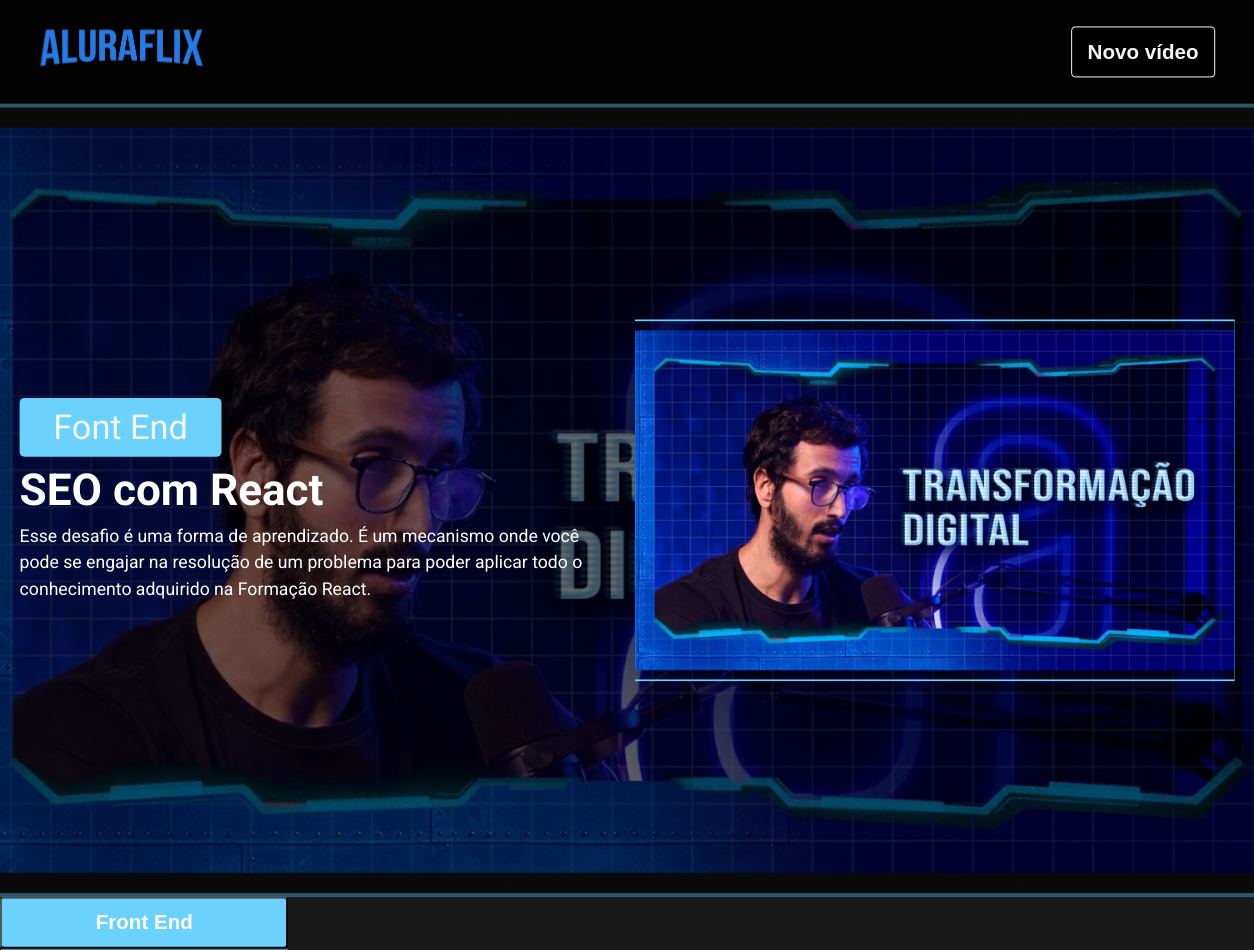
Repository: CarlosEduardoVdeOliveira/aluraflix
Page: /
These files come from the project's save history. The page is drawn as it stood at one moment and after the next save; the edit follows.
The browser window is 1280 px wide. The pictures show the part of the page from y = 0 to 969 px (the page is 2903 px tall), at 98% of full size.
Pictures or frames that could not be fetched are drawn as grey boxes. The project was rebuilt for these pictures with package versions that can differ from the ones it lists, and the page was loaded fresh each time. Also part of the build but not shown: vite.config.js, src/components/Input/Input.module.css, src/components/Input/index.jsx, src/components/TextArea/TextArea.module.css, src/components/TextArea/index.jsx, src/pages/RegisterVideo/Register.module.css, src/pages/RegisterVideo/index.jsx, src/components/Table/Table.module.css and 3 more.

Above is the page before, as saved 2023-09-26 10:07:09.

### index.html
<!doctype html>
<html lang="en">
  <head>
    <meta charset="UTF-8" />
    <link rel="preconnect" href="https://fonts.googleapis.com">
    <link rel="preconnect" href="https://fonts.gstatic.com" crossorigin>
    <!-- <link rel="icon" type="image/svg+xml" href="/vite.svg" /> -->
    <meta name="viewport" content="width=device-width, initial-scale=1.0" />
    <link href="https://fonts.googleapis.com/css2?family=Roboto:wght@300;400;500;700&display=swap" rel="stylesheet">
    <title>AluraFlix</title>
  </head>
  <body>
    <div id="root"></div>
    <script type="module" src="/src/main.jsx"></script>
  </body>
</html>

### src/main.jsx
import React from 'react'
import ReactDOM from 'react-dom/client'
import {AppRoutes} from './routes'
import './index.css'
import { ThemeProvider } from '@emotion/react'
import { theme } from './customColors'

ReactDOM.createRoot(document.getElementById('root')).render(
  <React.StrictMode>
    <ThemeProvider theme={theme}>
      <AppRoutes />
    </ThemeProvider>
  </React.StrictMode>,
)

### src/routes.jsx
import { BrowserRouter, Route, Routes } from 'react-router-dom'
import {PageBase} from './pages/pageBase'
import {Home} from './pages/Home'
import { ThemeProvider } from '@mui/material'
import { theme } from './customColors'
import {RegisterVideo} from './pages/RegisterVideo'
import {RegisterCategory} from './pages/RegisterCategory'


export const AppRoutes = () => {
  return (
    <BrowserRouter>
      <ThemeProvider theme={theme}>
        <Routes>
          <Route path='/' element={<PageBase />}>
            <Route index element={<Home />}></Route>
            <Route path='register-video' element={<RegisterVideo />}></Route>
            <Route path='register-category' element={<RegisterCategory />}></Route>
          </Route>
        </Routes>
      </ThemeProvider>
    </BrowserRouter>
  )
}

### src/index.css
:root {
  --gray-100: #F5F5F5;
  --gray-150: #E5E5E5;
  --gray-175: #C2C2C2;
  --gray-300: #9E9E9E;
  --gray-500: #191919;
  --black: #000;
  --blue-500: #2A7AE4;
  --red-500: #E53935;
  font-family: 'Roboto', sans-serif;
  line-height: 1.5;
  font-weight: 400;
  font-size: 1rem;
  font-synthesis: none;
  text-rendering: optimizeLegibility;
  -webkit-font-smoothing: antialiased;
  -moz-osx-font-smoothing: grayscale;
  -webkit-text-size-adjust: 100%;
}
*{
  box-sizing: border-box;
  margin: 0;
  padding: 0;
  scroll-behavior: smooth;
}
body{
  background-color: var(--gray-500);
}
a {
  text-decoration: none;
  transiton: .5s all ease-out;
}

button{
  cusor: pointer;
  transiton: .5s all ease-out;
}

@media screen and (max-width: 1080px){
  body{
    font-size: 87.5%;
  }
}
@media screen and (max-width: 700px){
  body{
    font-size: 75%;
  }
}

### src/customColors.js
import { createTheme } from '@mui/material/styles';

export const theme = createTheme({
  palette: {
    withe: "#FFFFFF",
    gray100: "#F5F5F5",
    gray150: "#E5E5E5",
    gray175: "#C2C2C2",
    gray300: "#9E9E9E",
    gray500: "#191919",
    black: "#000000",
    blue500: "#2A7AE4",
    red500: "#E53935",
  },
});

### src/pages/pageBase/index.jsx
import { Banner } from '../../components/Banner';
import {Footer} from '../../components/Footer';
import {Header} from '../../components/Header'
import { Outlet } from "react-router-dom";
import { useLocation } from 'react-router-dom';


export const PageBase = () => {
  const location = useLocation()
  return (
    <main>
      <Header button={location.pathname === '/'} />
      <Banner banner={location.pathname === '/'} />
      <Outlet />
      <Footer />
    </main>
  )
}

### src/pages/Home/index.jsx
import {Category} from "../../components/Category";

// eslint-disable-next-line react/prop-types
export const Home = () => {

  return (
    <>
      {
        <Category />
      }
    </>
  )
}

### src/components/Banner/index.jsx
/* eslint-disable react/prop-types */
import styles from './Banner.module.css'
import bannerImage from '../../../public/banner.png'
import {TitleCategory} from '../TitleCategory';

export const Banner = ({banner}) => {
  return(
    <>
      {
        banner && (
        <div className={styles.container}>
          <div className={styles.content}>
            <TitleCategory
              bgColor="#6BD1FF"
              color="#f5f5f5"
            >
              Font End
            </TitleCategory>
            <h5 >
              SEO com React
            </h5>
            <p>
              Esse desafio é uma forma de aprendizado.
              É um mecanismo onde você pode se engajar na resolução de um problema
              para poder aplicar todo o conhecimento adquirido na Formação React.
            </p>
          </div>
          <img src={bannerImage} alt='Imagem do SEO da alura, '/>
        </div>
        )
      }
    </>
  );
}

### src/components/Footer/index.jsx
import { Link } from 'react-router-dom'
import logo from '../../assets/logo.png'
import styles from './Footer.module.css'
export const Footer = () => {
  return (
    <footer className={styles.container}>
      <Link to='/'>
        <img src={logo} alt="Logo do aluraflix" />
      </Link>
    </footer>
  )
}

### src/components/Header/index.jsx
/* eslint-disable react/prop-types */
// eslint-disable-next-line no-unused-vars
import React from 'react';
import logo from '../../assets/logo.png'
import styles from './Header.module.css'
import { Link } from 'react-router-dom';
import {Button} from '../Button';


export const Header = ({button}) => {

  return (
    <header className={styles.container}>
      <Link to="/">
        <img src={logo} alt='Logo do aluraflix' />
      </Link>
      {button &&
          <Link to="/register-video">
            <Button
              bgColor="#000"
              borderColor="1px solid #FFF"
              color="#F5f5f5"
            >
                  Novo vídeo
            </Button>
          </Link>
      }
    </header>
  )
}

### src/components/Category/index.jsx
import { Button } from "../Button";
import styles from "./Category.module.css";
import { videos, categories } from "../../json/db.json";
import Carousel from 'react-material-ui-carousel'
import { Card } from "../Card";

export const Category = () => {
  function verifyCategory(category){
    const vcat = videos.some(vc => vc.category === category)
    return vcat
  }
    console.log(verifyCategory("Front End"));
  return (
    <>
      {
        categories.map((category) => (
          <section className={styles.container} key={category.id}>
            <Button bgColor={category.color}>{category.name}</Button>
            <Carousel
             next={next => next +1 }

            >
              <div className={styles.videos}>
                {videos.map(
                  (video) =>
                    category.name === video.category && (
                      <Card
                        link={video.link}
                        key={video.id}
                        thumbnail={video.thumbnail}
                        borderColor={category.color}
                        description={video.description}
                      />
                    )
                )}
              </div>

            </Carousel>
          </section>
        ))
      }
    </>
  );
};

### src/components/Button/index.jsx
/* eslint-disable react/prop-types */
import styles from './Button.module.css'

export const Button = ({children, bgColor, borderColor, color}) => {
  return(
    <button className={styles.button}
      style={{
        background:bgColor,
        border:borderColor,
        color:color
      }}
    >
      {children}
    </button>
  )
}

### src/json/db.json
{
  "videos":[
  {
    "id": 1,
    "name": "Homem-Aranha - Sem Volta Para Casa",
    "link": "https://www.youtube.com/watch?v=k77WZrvuDQU&ab_channel=Alura",
    "thumbnail": "https://i.ytimg.com/vi/k77WZrvuDQU/sddefault.jpg",
    "category": "Front End",
    "description": "Descrição qualquer"
  },
  {
    "id": 2,
    "name": "Homem-Aranha - Sem Volta Para Casa",
    "link": "https://www.youtube.com/watch?v=k77WZrvuDQU&ab_channel=Alura",
    "thumbnail": "https://i.ytimg.com/vi/CyiiEJRZjSU/maxresdefault.jpg",
    "category": "Front End",
    "description": "Descrição qualquer"
  },
  {
    "id": 3,
    "name": "Homem-Aranha - Sem Volta Para Casa",
    "link": "https://www.youtube.com/watch?v=hHM-hr9q4mo&ab_channel=Rocketseat",
    "thumbnail": "https://i.ytimg.com/vi/hHM-hr9q4mo/maxresdefault.jpg",
    "category": "Front End",
    "description": "Descrição qualquer"
  },
  {
    "id": 4,
    "name": "Homem-Aranha - Sem Volta Para Casa",
    "link": "https://www.youtube.com/watch?v=hHM-hr9q4mo&ab_channel=Rocketseat",
    "thumbnail": "https://i.ytimg.com/vi/hHM-hr9q4mo/maxresdefault.jpg",
    "category": "Back End",
    "description": "Descrição qualquer"
  },
  {
    "id": 5,
    "name": "Homem-Aranha - Sem Volta Para Casa",
    "link": "https://www.youtube.com/watch?v=hHM-hr9q4mo&ab_channel=Rocketseat",
    "thumbnail": "https://i.ytimg.com/vi/hHM-hr9q4mo/maxresdefault.jpg",
    "category": "Back End",
    "description": "Descrição qualquer"
  },
  {
    "id": 6,
    "name": "Homem-Aranha - Sem Volta Para Casa",
    "link": "https://www.youtube.com/watch?v=hHM-hr9q4mo&ab_channel=Rocketseat",
    "thumbnail": "https://i.ytimg.com/vi/hHM-hr9q4mo/maxresdefault.jpg",
    "category": "Back End",
    "description": "Descrição qualquer"
  },
  {
    "id": 7,
    "name": "Homem-Aranha - Sem Volta Para Casa",
    "link": "https://www.youtube.com/watch?v=MGIs7DSQ-0A&ab_channel=Alura",
    "thumbnail": "https://i.ytimg.com/vi/MGIs7DSQ-0A/maxresdefault.jpg",
    "category": "Mobile",
    "description": "Descrição qualquer"
  },
  {
    "id": 8,
    "name": "Homem-Aranha - Sem Volta Para Casa",
    "link": "https://www.youtube.com/watch?v=MGIs7DSQ-0A&ab_channel=Alura",
    "thumbnail": "https://i.ytimg.com/vi/MGIs7DSQ-0A/maxresdefault.jpg",
    "category": "Mobile",
    "description": "Descrição qualquer"
  },
  {
    "id": 9,
    "name": "Homem-Aranha - Sem Volta Para Casa",
    "link": "https://www.youtube.com/watch?v=MGIs7DSQ-0A&ab_channel=Alura",
    "thumbnail": "https://i.ytimg.com/vi/MGIs7DSQ-0A/maxresdefault.jpg",
    "category": "Mobile",
    "description": "Descrição qualquer"
  },
  {
    "id": 10,
    "name": "Homem-Aranha - Sem Volta Para Casa",
    "link": "https://www.youtube.com/watch?v=CyiiEJRZjSU",
    "thumbnail": "https://i.ytimg.com/vi/CyiiEJRZjSU/maxresdefault.jpg",
    "category": "Data Science",
    "description": "Descrição qualquer"
  },
  {
    "id": 11,
    "name": "Homem-Aranha - Sem Volta Para Casa",
    "link": "https://www.youtube.com/watch?v=CyiiEJRZjSU",
    "thumbnail": "https://i.ytimg.com/vi/CyiiEJRZjSU/maxresdefault.jpg",
    "category": "Data Science",
    "description": "Descrição qualquer"
  },
  {
    "id": 12,
    "name": "Homem-Aranha - Sem Volta Para Casa",
    "link": "https://www.youtube.com/watch?v=CyiiEJRZjSU",
    "thumbnail": "https://i.ytimg.com/vi/CyiiEJRZjSU/maxresdefault.jpg",
    "category": "Data Science",
    "description": "Descrição qualquer"
  },
  {
    "id": 13,
    "name": "Homem-Aranha - Sem Volta Para Casa",
    "link": "https://www.youtube.com/watch?v=CyiiEJRZjSU",
    "thumbnail": "https://i.ytimg.com/vi/CyiiEJRZjSU/maxresdefault.jpg",
    "category": "UX",
    "description": "Descrição qualquer"
  },
  {
    "id": 14,
    "name": "Homem-Aranha - Sem Volta Para Casa",
    "link": "https://www.youtube.com/watch?v=CyiiEJRZjSU",
    "thumbnail": "https://i.ytimg.com/vi/CyiiEJRZjSU/maxresdefault.jpg",
    "category": "UX",
    "description": "Descrição qualquer"
  },
  {
    "id": 15,
    "name": "Homem-Aranha - Sem Volta Para Casa",
    "link": "https://www.youtube.com/watch?v=CyiiEJRZjSU",
    "thumbnail": "https://i.ytimg.com/vi/CyiiEJRZjSU/maxresdefault.jpg",
    "category": "UX",
    "description": "Descrição qualquer"
  },
  {
    "id": 16,
    "name": "Homem-Aranha - Sem Volta Para Casa",
    "link": "https://www.youtube.com/watch?v=CyiiEJRZjSU",
    "thumbnail": "https://i.ytimg.com/vi/CyiiEJRZjSU/maxresdefault.jpg",
    "category": "Infra",
    "description": "Descrição qualquer"
  },
  {
    "id": 17,
    "name": "Homem-Aranha - Sem Volta Para Casa",
    "link": "https://www.youtube.com/watch?v=CyiiEJRZjSU",
    "thumbnail": "https://i.ytimg.com/vi/CyiiEJRZjSU/maxresdefault.jpg",
    "category": "Infra",
    "description": "Descrição qualquer"
  },
  {
    "id": 18,
    "name": "Homem-Aranha - Sem Volta Para Casa",
    "link": "https://www.youtube.com/watch?v=CyiiEJRZjSU",
    "thumbnail": "https://i.ytimg.com/vi/CyiiEJRZjSU/maxresdefault.jpg",
    "category": "Infra",
    "description": "Descrição qualquer"
  },
  {
    "id": 19,
    "name": "Homem-Aranha - Sem Volta Para Casa",
    "link": "https://www.youtube.com/watch?v=CyiiEJRZjSU",
    "thumbnail": "https://i.ytimg.com/vi/CyiiEJRZjSU/maxresdefault.jpg",
    "category": "Inovation",
    "description": "Descrição qualquer"
  },
  {
    "id": 20,
    "name": "Homem-Aranha - Sem Volta Para Casa",
    "link": "https://www.youtube.com/watch?v=CyiiEJRZjSU",
    "thumbnail": "https://i.ytimg.com/vi/CyiiEJRZjSU/maxresdefault.jpg",
    "category": "Inovation",
    "description": "Descrição qualquer"
  },
  {
    "id": 21,
    "name": "Homem-Aranha - Sem Volta Para Casa",
    "link": "https://www.youtube.com/watch?v=CyiiEJRZjSU",
    "thumbnail": "https://i.ytimg.com/vi/CyiiEJRZjSU/maxresdefault.jpg",
    "category": "Inovation",
    "description": "Descrição qualquer"
  },
  {
    "id": 22,
    "name": "Homem-Aranha - Sem Volta Para Casa",
    "link": "https://www.youtube.com/watch?v=CyiiEJRZjSU",
    "thumbnail": "https://i.ytimg.com/vi/CyiiEJRZjSU/maxresdefault.jpg",
    "category": "AI",
    "description": "Descrição qualquer"
  }
],
"categories":[
  {

    "id":1,
    "name":"Front End",
    "description": "Todos os vídeo da área de Front End juntarei nessa categoria para organizar os estudos que venho fazendo atualmente (FieldTextarea)",
    "color":"#6BD1FF"
  },
  {
    "id":2,
    "name":"Back End",
    "description": "Todos os vídeo que estou usando para estudar Back End ",
    "color":"#69953B"
  },
  {
    "id":3,
    "name":"Design & UX",
    "description": "Ferramentas e técnicas que estudo sobre UX e Design",
    "color":"#DC6EBE"
  },
  {
    "id":4,
    "name":"Infraestrutura" ,
    "description": "Tudo que estou aprendendo sobre Docker e muito mais",
    "color":"#9CD33B"
  },
  {
    "id":5,
    "name":"Marketing Digital",
    "description": "A forma de vender a monetizar minhas ideias",
    "color":"#6B5BE2"
  },
  {
    "id":6,
    "name":"Data Science",
    "description": "Coisas de R e Python que venho aprendendo",
    "color":"#9CD33B"
  },
  {
    "id":7,
    "name":"Inovação & Gestão",
    "description": "Como manter o time feliz e muito mais",
    "color":"#FF8C2A"
  },
  {
    "id":8,
    "name":"Mobile",
    "description": "Conteúdo que venho estudando sobre React Native e Flutter",
    "color":"#FFBA05"
  },
  {
    "id":9,
    "name":"AI",
    "description": "Conteúdo que venho estudando sobre React Native e Flutter",
    "color":"#B210C7"
  }
]
}

### src/components/Banner/Banner.module.css
.container{
  background: linear-gradient(rgba(0, 0, 0, 0.59), rgba(0, 0, 0, 0.59)),
  url(../../../public/banner.png) center / cover no-repeat;
  width: 100%;
  height: 50.563rem;
  display: grid;
  grid-template-columns: 1fr 1fr;
  align-items: center;
  gap: 1rem;
  padding: 20px;
}
.container img{
  width: 100%;
  flex-shrink: 0;
}
.content{
  color: #FFF;
}
.content h5{
  font-size: 2.813rem;
}
.content p{
  font-size: 1.125rem;
}

### src/components/TitleCategory/index.jsx
import styles from "./TitleCategory.module.css"
// eslint-disable-next-line react/prop-types
export const TitleCategory = ({children, bgColor, color}) => {
  return(
    <div
      className={styles.container}
      style={{
        backgroundColor: bgColor,
        color: color
      }}
    >
      {children}
    </div>
  )
}

### src/components/Footer/Footer.module.css
.container{
  display: flex;
  align-items: center;
  justify-content: center;
  padding: 1.688rem 2.5rem;
  background-color: rgba(0, 0, 0, 0.9);
}

.container img{
  width: 168.45px;
  height: 40px;
}

### src/components/Header/Header.module.css
.container{
  display: flex;
  justify-content: space-between;
  align-items: center;
  padding: 1.688rem 2.5rem;
  background-color: rgba(0, 0, 0, 0.9);
}

.container img{
  width: 168.45px;
  height: 40px;
}

### src/components/Category/Category.module.css
.container{
  display: flex;
  flex-direction: column;
  overflow: none;
  width: 23%;
}
.videos{
  display: flex;
  width: 100%;
}

### src/components/Card/index.jsx
/* eslint-disable react/prop-types */
import styles from './Card.module.css'
import { Link } from 'react-router-dom'

export const Card = ({
  id,
  link,
  thumbnail,
  description,
  borderColor
}) => {
  return(
    <>
      <Link
        to={link}
        className={styles.card}
        style={{border:`1px solid ${borderColor}`}}
        key={id}
        target='_blank'
        title={description}
      >
        <img src={thumbnail} alt={description} />
      </Link>

    </>
  )
}

### src/components/Button/Button.module.css
.button{
  color: #FFF;
  text-align: center;
  padding: 0.8rem 1rem;
  border-radius: .25rem;
  font-size: 21px;
  font-style: normal;
  font-weight: 600;
  cursor: pointer;
  line-height: 24px;
  transition: all .5s ease-in-out;
}

.button:hover{
  opacity: 0.8;
}

### src/components/TitleCategory/TitleCategory.module.css
.container{
  width: 206px;
  height: 60px;
  padding: 5px;
  text-align: center;
  border-radius: 5px;
  font-size: 35px;
}

### src/components/Card/Card.module.css
.card{
  width: 433px;
  height: 263px;
  border-radius: .25rem;
  animation: slideAnimation 5s infinite alternate;
}
.card img{
  width: 430px;
  height: 260px;
  border-radius: .25rem;
}

After the next save:
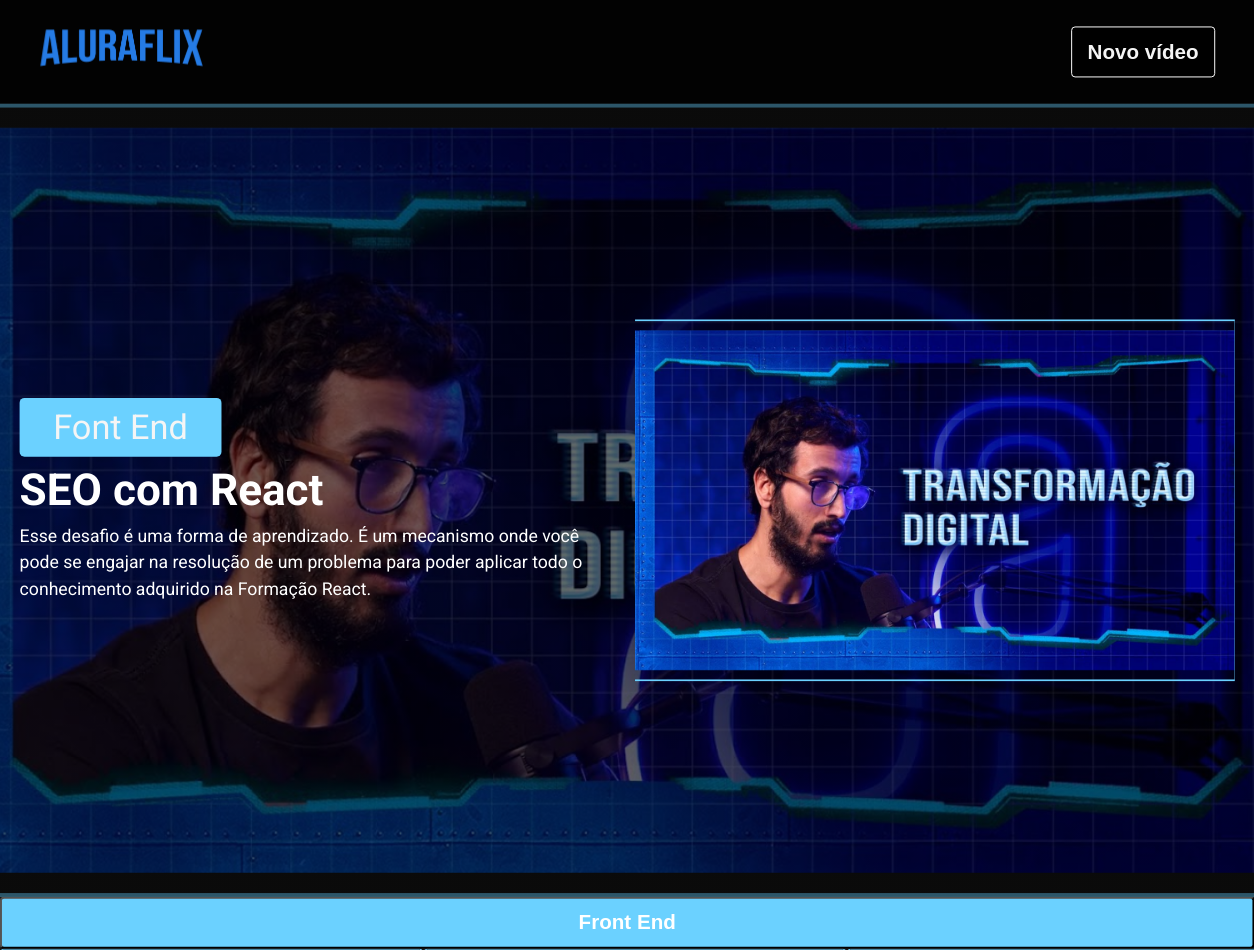
Saved 115 s later.
--- a/src/components/Category/Category.module.css
+++ b/src/components/Category/Category.module.css
@@ -2,7 +2,7 @@
   display: flex;
   flex-direction: column;
   overflow: none;
-  width: 23%;
+
 }
 .videos{
   display: flex;

After the save that followed:
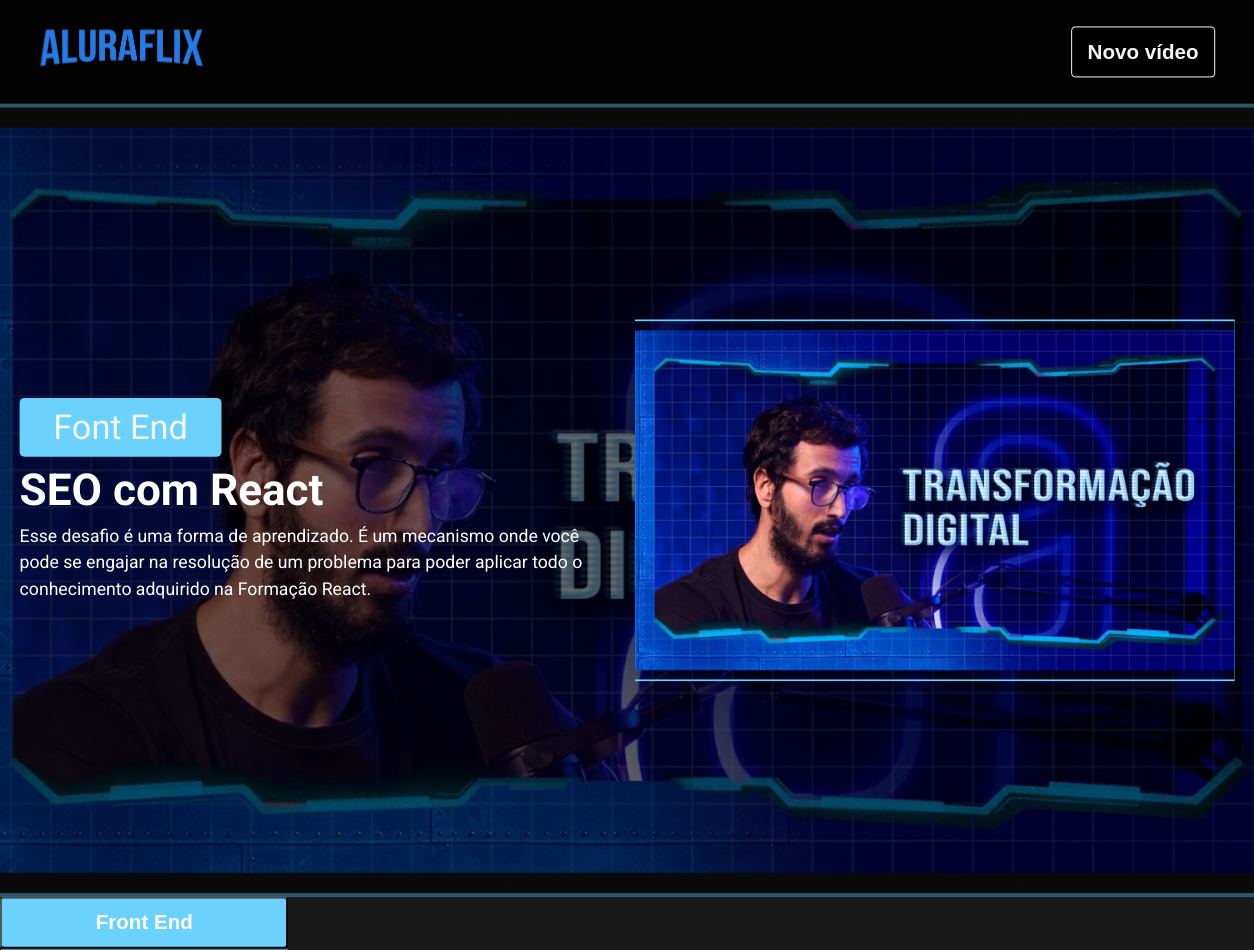
Saved 19 s later.
--- a/src/components/Category/Category.module.css
+++ b/src/components/Category/Category.module.css
@@ -2,7 +2,7 @@
   display: flex;
   flex-direction: column;
   overflow: none;
-
+  width: 23%;
 }
 .videos{
   display: flex;
